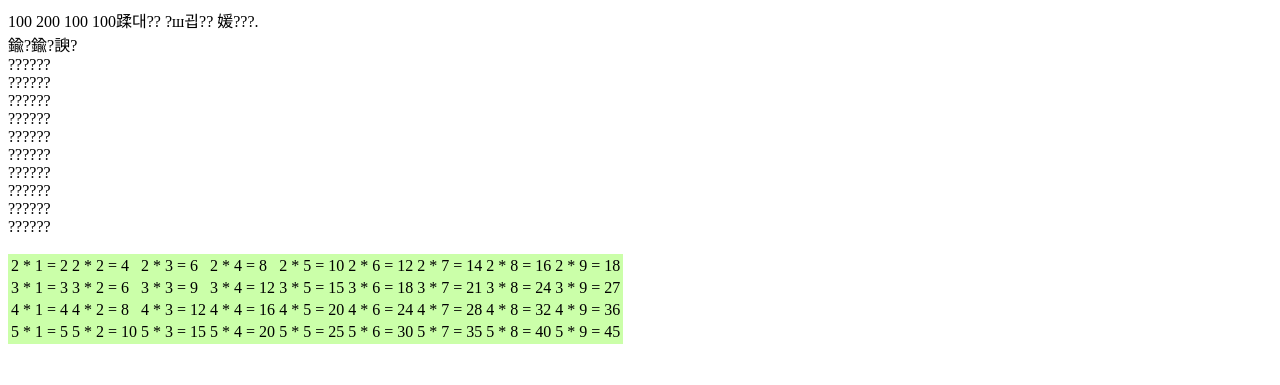
Repository: lee010207/HTML-CSS-JS
Page: http://localhost/EL_JSTL/jstlTest.jsp
An editor plug-in stored every save of this project. The page is shown before and after the next save, followed by the edit.
The browser window is 1280 px wide. The pictures show the whole page.
The page is served by Tomcat 9.

Above is the page before, as saved 2023-09-01 03:41:37.

After the next save:
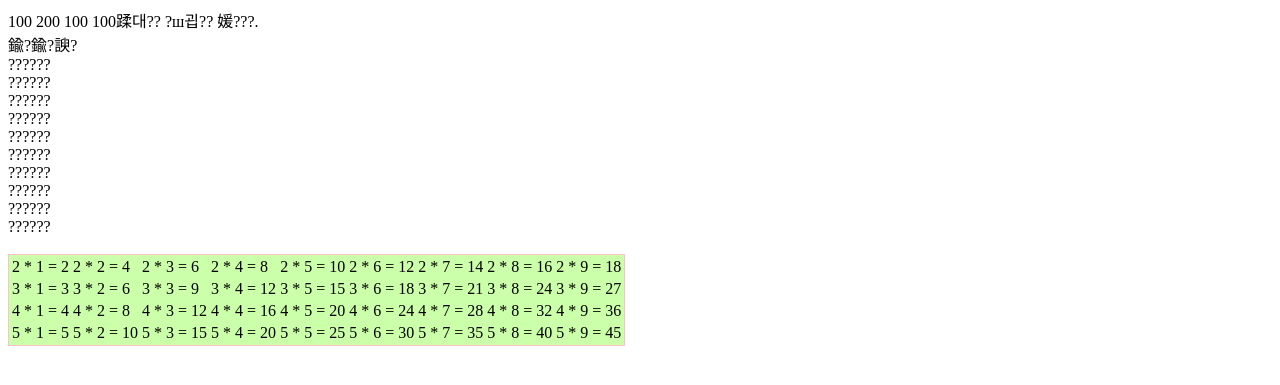
Saved 81 s later.
--- a/04. Server/EL_JSTL/src/main/webapp/jstlTest.jsp
+++ b/04. Server/EL_JSTL/src/main/webapp/jstlTest.jsp
@@ -69,7 +69,7 @@
 
 	<br>
 
-	<table style="border:1px pink" bgcolor="#CBFFA9">
+	<table style="border:1px solid pink" bgcolor="#CBFFA9">
 	<c:forEach var="num1" begin="2" end="5" step="1">
 		<tr>
 		<c:forEach var="i" begin="1" end="9" step="1">

After the save that followed:
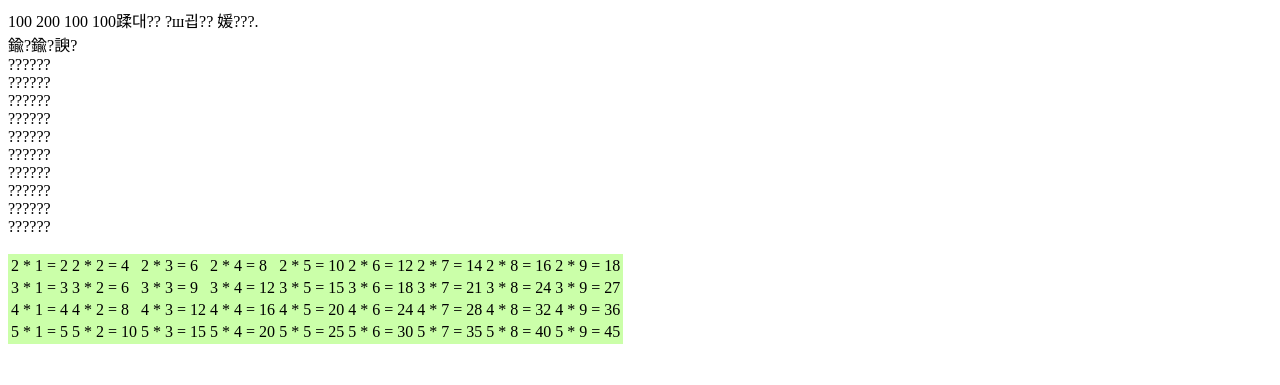
Saved 10 s later.
--- a/04. Server/EL_JSTL/src/main/webapp/jstlTest.jsp
+++ b/04. Server/EL_JSTL/src/main/webapp/jstlTest.jsp
@@ -69,7 +69,7 @@
 
 	<br>
 
-	<table style="border:1px solid pink" bgcolor="#CBFFA9">
+	<table bgcolor="#CBFFA9">
 	<c:forEach var="num1" begin="2" end="5" step="1">
 		<tr>
 		<c:forEach var="i" begin="1" end="9" step="1">
